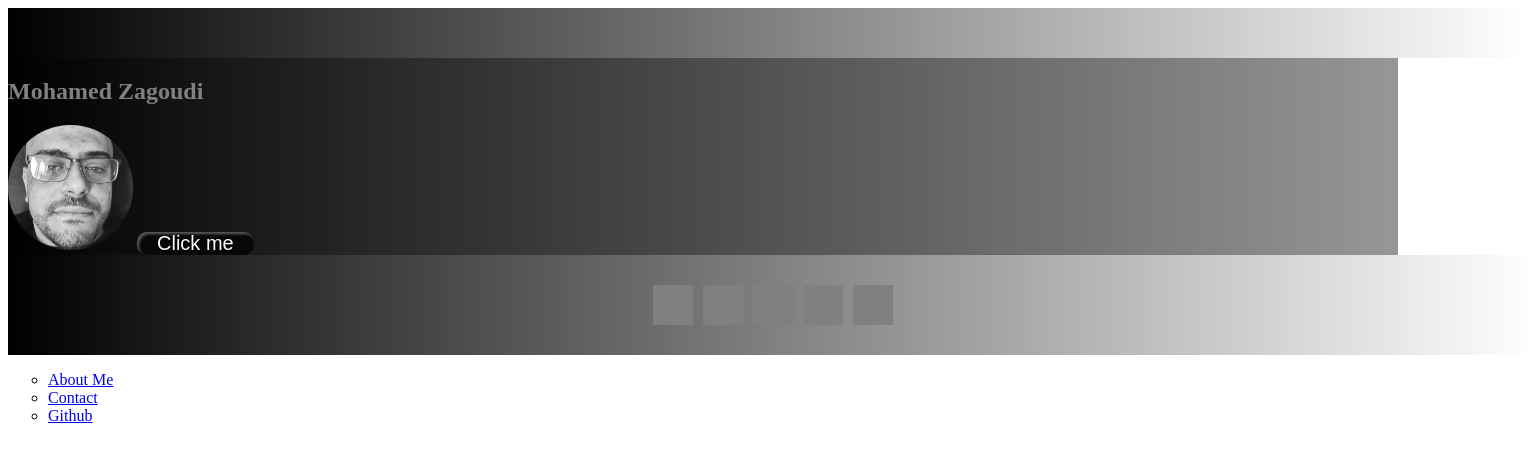
Repository: Mohzagou/Eersteportofolio
Page: index.html
These files come from the project's save history. The page is drawn as it stood at one moment and after the next save; the edit follows.
The browser window is 1280 px wide. The page is 1537 px wide, so the pictures cover 1537 px, including what lies to the right of the window. The pictures show the whole page.

Above is the page before, as saved 2022-06-07 23:40:07.

### index.html
<!DOCTYPE html>


<head>
    <link rel="stylesheet" href="styles.css" />
    <meta charset="UTF-8">

    <title>Document</title>
</head>

<body>

    <header></header>
    <div class="about-me">
        <h2 id="name">Mohamed Zagoudi</h2>
        <img class="avatar" src="images/67gwzvy.jpeg" alt="Mohamed Zagoudi headshot">
        <button>Click me</button>


        <section>
            <div class="test"></div>
            <div class="test"></div>
            <div class="test"></div>
            <div class="test"></div>
            <div class="test"></div>
        </section>
        <footer>
            <ul style="list-style-type: circle ">
                <li><a href=" ">About Me</a></li>
                <li><a href=" ">Contact</a></li>
                <li><a href="https://github.com/Mohzagou ">Github</a></li>

            </ul>

        </footer>



</body>



</html>

### styles.css
                            body {
                                display: flex;
                                flex-direction: column;
                            }

                            header {
                                width: 120%;
                                height: 50px;
                                background-image: linear-gradient(to right, black, grey, white);
                                /*background-color: rgb(113, 74, 145);*/
                            }

                            section {
                                width: 110%;
                                height: 100px;
                                background-image: linear-gradient(to right, black, grey, white);
                                background-color: #234def;
                                display: flex;
                                align-items: center;
                                justify-content: center;
                            }

                            .about-me {
                                width: 110%;
                                height: 200px;
                                background-image: repeating-linear-gradient(to right, black, grey, white 170%);
                                /*background-color: rgb(177, 69, 21, 0.8);*/
                                /*margin: 10px 0 10px 0;
    border: solid black 10px;
    border-radius: 15px;*/
                            }

                            .avatar {
                                width: 125px;
                                border-radius: 62px;
                                background-image: repeating-linear-gradient(to right, black, grey, 110%);
                            }

                            #name {
                                color: grey;
                            }

                            .test {
                                width: 40px;
                                height: 40px;
                                background-color: grey;
                                margin: 5px;
                            }

                            button {
                                border: 0;
                                padding: 0 20px;
                                font-size: 20px;
                                line-height: 10pxß;
                                color: rgb(255, 255, 255);
                                text-shadow: 1px 1px 1px #000;
                                background-color: rgb(7, 7, 7);
                                background-image: linear-gradient(to top left, rgba(250, 245, 245, 0.2), rgba(0, 0, 0, 0.2) 20%, rgba(248, 243, 243, 0), );
                                box-shadow: inset 2px 2px 3px rgba(233, 224, 224, 0.4);
                                border-radius: 10px;
                            }

After the next save:
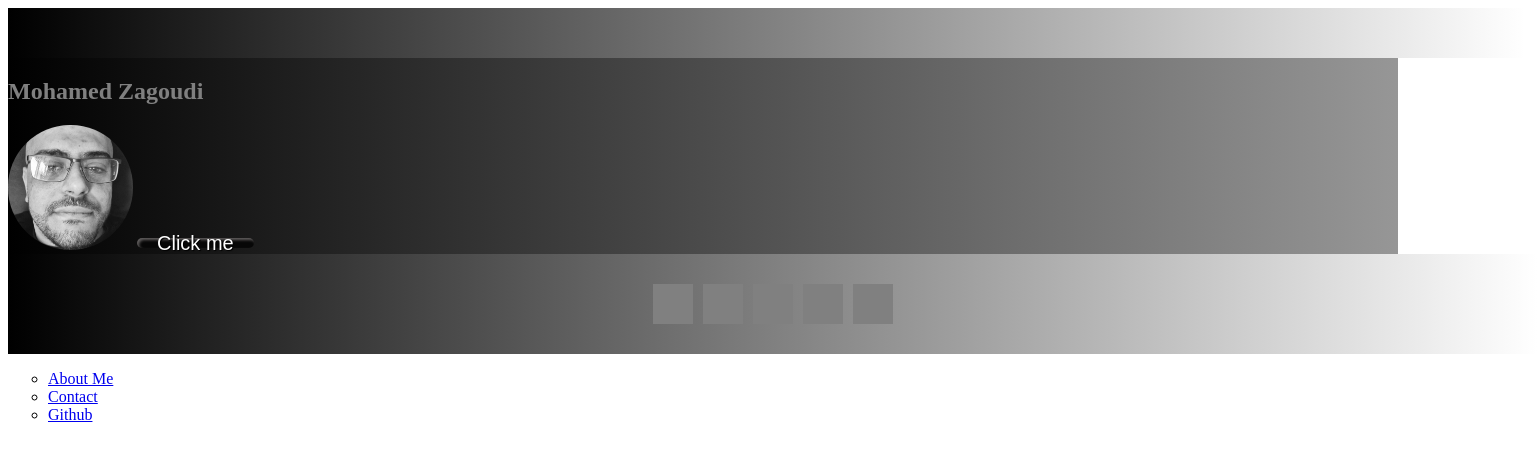
Saved 10 s later.
--- a/styles.css
+++ b/styles.css
@@ -51,7 +51,7 @@
                                 border: 0;
                                 padding: 0 20px;
                                 font-size: 20px;
-                                line-height: 10pxß;
+                                line-height: 10px;
                                 color: rgb(255, 255, 255);
                                 text-shadow: 1px 1px 1px #000;
                                 background-color: rgb(7, 7, 7);
